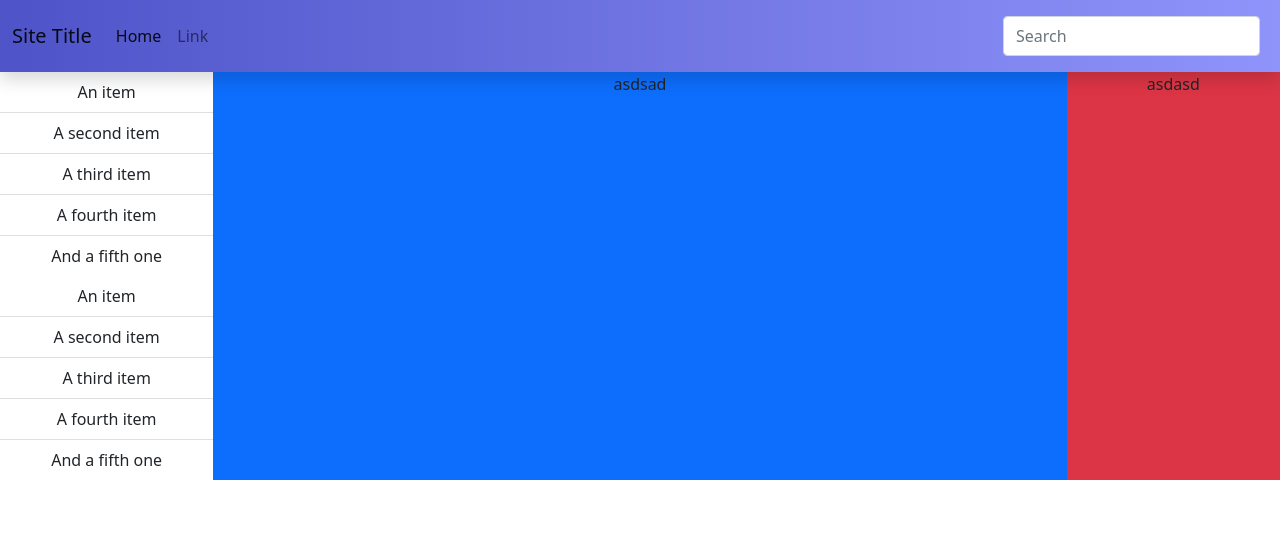
Repository: ttranhhoang/layoutBS
Page: layoutBS1/index.html
The author's editor kept a copy of each file at every save. The page is drawn from the files as they stood at one save, then again after a run of saves.
The browser window is 1280 px wide. The pictures show the whole page.

Above is the page before, as saved 2022-04-24 18:22:45.

After the next 2 saves:
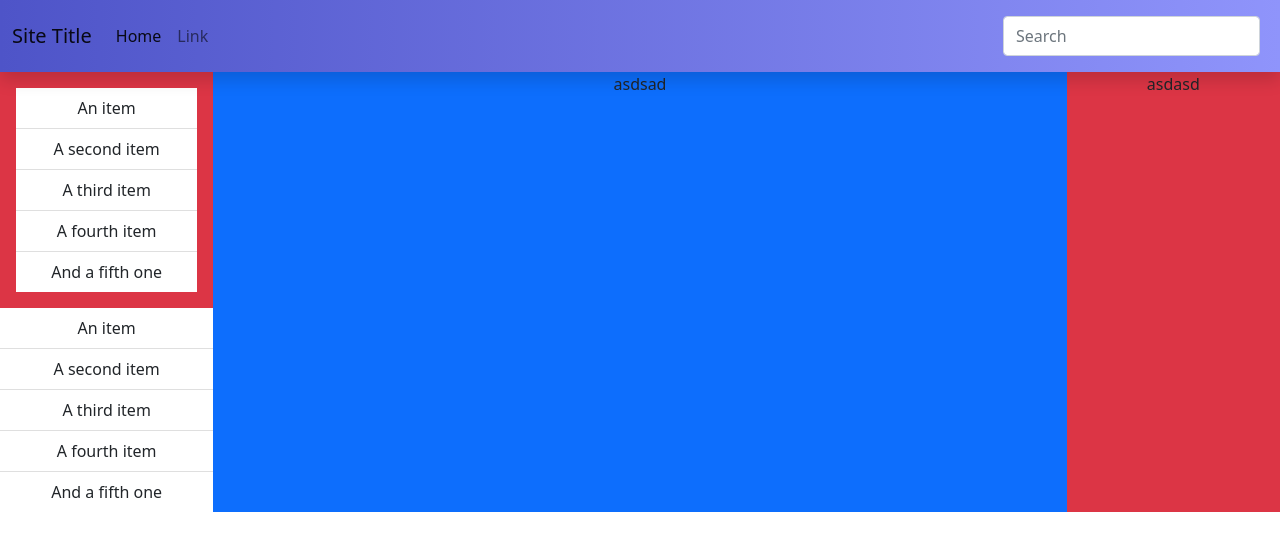
The 2 saves are shown as one change because they came seconds apart.
The last was saved 7 min 50 s later.
--- a/layoutBS1/index.html
+++ b/layoutBS1/index.html
@@ -76,13 +76,15 @@
       <div class="">
         <div class="row g-0">
           <div class="col-md-2 text-center bg-danger">
-            <ul class="list-group list-group-flush">
-              <li class="list-group-item">An item</li>
-              <li class="list-group-item">A second item</li>
-              <li class="list-group-item">A third item</li>
-              <li class="list-group-item">A fourth item</li>
-              <li class="list-group-item">And a fifth one</li>
-            </ul>
+            <div class="offcanvas-body">
+              <ul class="list-group list-group-flush">
+                <li class="list-group-item">An item</li>
+                <li class="list-group-item">A second item</li>
+                <li class="list-group-item">A third item</li>
+                <li class="list-group-item">A fourth item</li>
+                <li class="list-group-item">And a fifth one</li>
+              </ul>
+            </div>
             <ul class="list-group list-group-flush">
               <li class="list-group-item">An item</li>
               <li class="list-group-item">A second item</li>

After the 2 saves that followed:
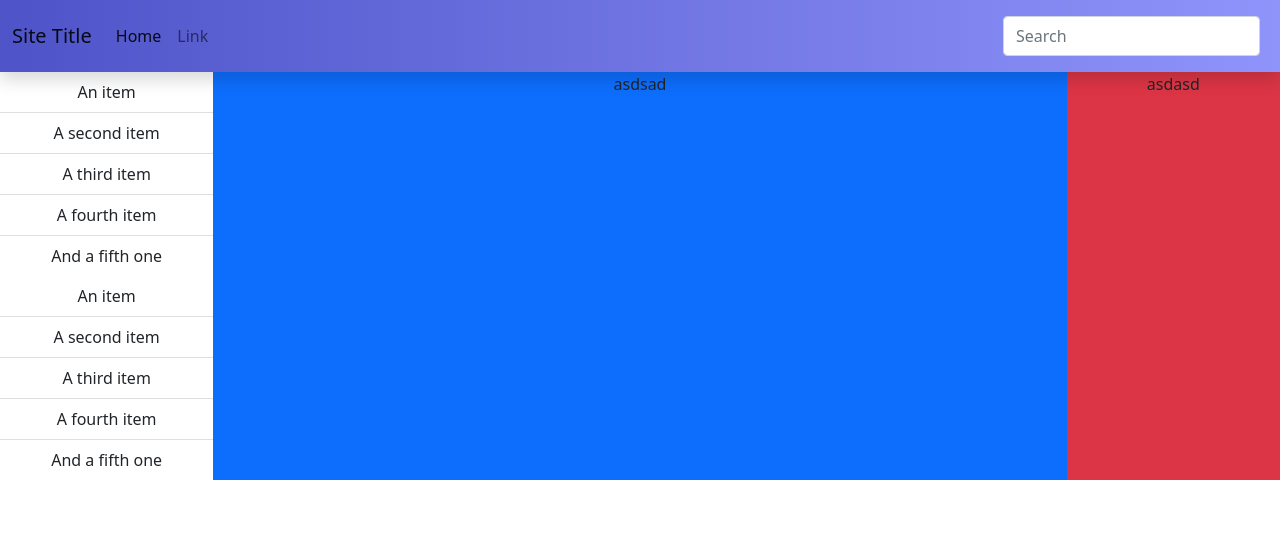
The 2 saves are shown as one change because they came seconds apart.
The last was saved 67 s later.
--- a/layoutBS1/index.html
+++ b/layoutBS1/index.html
@@ -76,15 +76,14 @@
       <div class="">
         <div class="row g-0">
           <div class="col-md-2 text-center bg-danger">
-            <div class="offcanvas-body">
-              <ul class="list-group list-group-flush">
-                <li class="list-group-item">An item</li>
-                <li class="list-group-item">A second item</li>
-                <li class="list-group-item">A third item</li>
-                <li class="list-group-item">A fourth item</li>
-                <li class="list-group-item">And a fifth one</li>
-              </ul>
-            </div>
+            <ul class="list-group list-group-flush">
+              <li class="list-group-item">An item</li>
+              <li class="list-group-item">A second item</li>
+              <li class="list-group-item">A third item</li>
+              <li class="list-group-item">A fourth item</li>
+              <li class="list-group-item">And a fifth one</li>
+            </ul>
+
             <ul class="list-group list-group-flush">
               <li class="list-group-item">An item</li>
               <li class="list-group-item">A second item</li>
